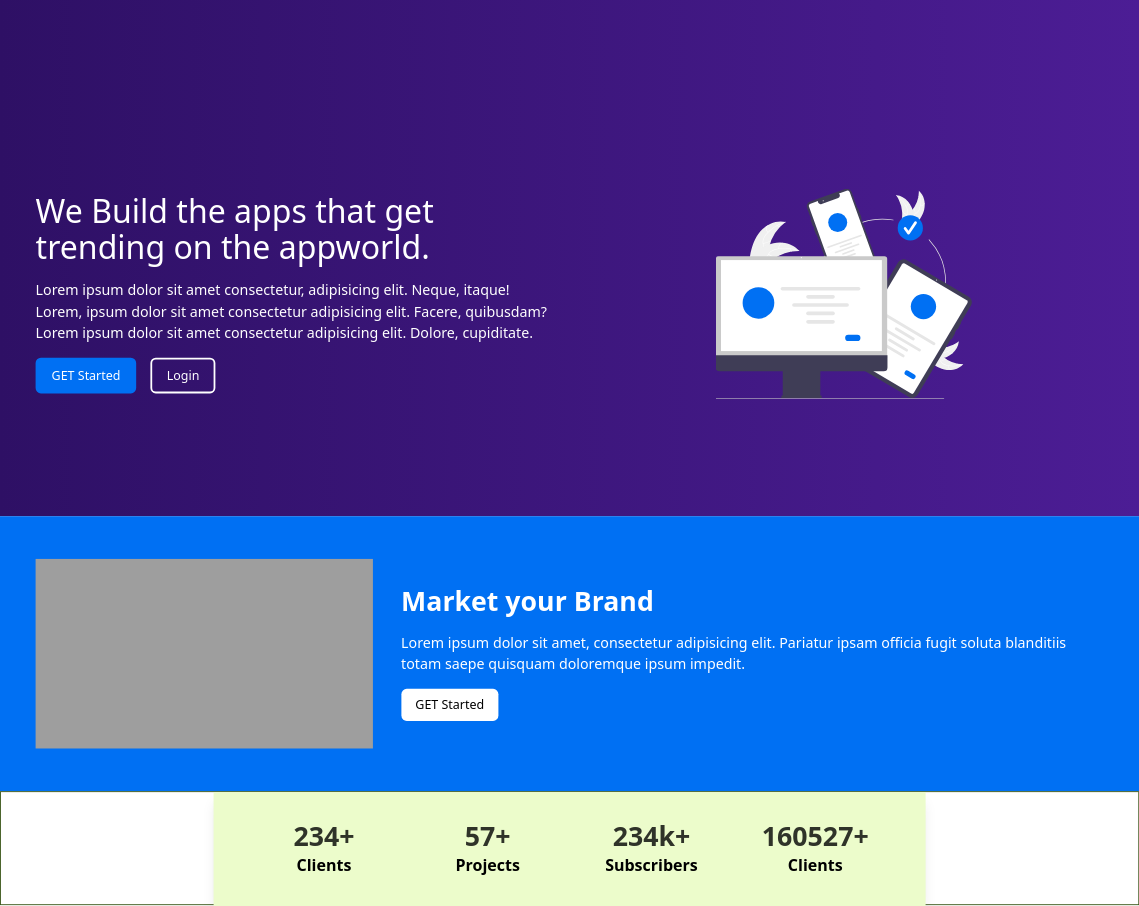
Repository: Kish202/Coz-Marketing-Site
Page: / (app in frontend/)
These files come from the project's save history. The page is drawn as it stood at one moment and after the next save; the edit follows.
The browser window is 1280 px wide. The pictures show the whole page, at 89% of full size.
Pictures or frames that could not be fetched are drawn as grey boxes. The project was rebuilt for these pictures with package versions that can differ from the ones it lists, and the page was loaded fresh each time. Also part of the build but not shown: frontend/vite.config.js.

Above is the page before, as saved 2025-03-09 21:36:59.

### frontend/src/App.jsx
import { useState } from 'react'
import reactLogo from './assets/react.svg'
import viteLogo from '/vite.svg'
import './App.css'
import Service from './components/Service/Service'
import Hero from './components/Hero/Hero'
import BannerDetails from './components/BannerDetails.jsx/BannerDetails'
import Banner from './components/Banner/Banner'
import Banner1 from "./assets/blog1.jpg";
import Banner2 from "./assets/blog3.jpg";



function App() {
  const [count, setCount] = useState(0)

  return (
<>

<Hero/>
<Banner reverse={true} img={Banner1}/>
<Banner img={Banner2}/>
<BannerDetails/>
   <Service/>

   </>
  )
}

export default App

### frontend/src/components/Service/Service.jsx
import React from 'react'
import CountUp from "react-countup"

const Service =() =>{
  return (
    <section className="container h-12 md:h-32 border border-lime-900">
     <div className="grid grid-cols-4 w-full place-self-center   bg-lime-100 p-2 shadow-lg dark:bg-violet-800 dark:text-white/70 md:max-w-[800px]  md:p-8">
    <div className="flex flex-col items-center justify-center " >



<h1 className="text-sm font-bold text-black/80 dark:text-white sm:text-lg md:text-3xl">
      <CountUp end={234} suffix="+" duration={2.75}/>

</h1>

<h1 className="sm:text-md text-xs font-bold md:text-lg">
Clients
</h1>




        </div>

        <div className="flex flex-col items-center justify-center">
  <h1 className="text-sm text-black/80 sm:text-lg md:text-3xl dark:text-white font-bold">
  <CountUp end={57} suffix="+" duratiion={2.75}/>  </h1>

    <h1 className="sm:text-md font-bold text-xs md:text-lg">
        Projects

        </h1>
            </div>

    <div className="flex flex-col items-center justify-center" >



        <h1 className="text-sm text-black/80 dark:text-white  sm:text-lg md:text-3xl font-bold">
<CountUp end={234}  suffix="k+" / >
        </h1>
<h1 className="font-bold  sm:text-md text-xs md:text-lg" >
Subscribers
</h1>


            </div>


<div className="flex flex-col items-center justify-center">
<h1 className="text-sm font-bold text-black/80 dark:text-white sm:text-lg md:text-3xl">
<CountUp start={-875.020}
end={160527.012} duration={2.75} separator="" suffix="+" />
</h1>


<h1 className="text-xs sm:text-md  font-bold md:text-lg ">
Clients
</h1>
</div>
</div>
    </section>
  )
}

export default Service

### frontend/src/components/Hero/Hero.jsx
import React from 'react'
import Banner from "../../assets/thebanner.svg"
function Hero() {
  return (
           <main className="bg-gradient-to-r  from-violet-950 to-violet-900 pt-20 dark:bg-violet-950">

<section className="container flex h-[650px] flex-col  items-center justify-center md:h-[500px] ">
<div className="grid grid-cols-1 items-center gap-8 dark:text-white md:grid-cols-2">



<div className="flex flex-col items-center gap-4 text-center text-white md:items-start md:text-left">

<h1 className="text-4xl">
    We Build the apps that get trending on the appworld.

</h1>

<p className=" *:">

Lorem ipsum dolor sit amet consectetur, adipisicing elit. Neque, itaque!
Lorem, ipsum dolor sit amet consectetur adipisicing elit. Facere, quibusdam?
Lorem ipsum dolor sit amet consectetur adipisicing elit. Dolore, cupiditate.

</p>


<div className="space-x-4">

       <button className="rounded-md border-2 border-primary bg-primary px-4 py-2 text-sm text-white transition-colors duration-300 hover:bg-primary/80">
   GET Started
    </button>

       <button className="rounded-md border-2 border-white px-4 py-2 text-sm text-white transition-colors duration-300" >

Login

    </button>
</div>

</div>

<div className="mx-auto max-w-xs p-4">

    <img src={Banner} alt="No image" className="hover:drop-shadow-md"/>


</div>


</div>
</section>



        </main>


  )
}

export default Hero

### frontend/src/components/BannerDetails.jsx/BannerDetails.jsx
import React from 'react'



function BannerDetails() {
  return (
    <main className="bg-primary">

        <section className="container py-8 md:py-12">


            <div className="grid grid-cols-1 items-center gap-4 sm:text-ellipsis md:grid-cols-3 md:gap-8">
<div className="order-2 flex flex-col items-center gap-4 text-center text-white md:col-span-2 md:items-start md:text-left">
<h1 className="text-3xl font-bold">
    Market your Brand

</h1>
<p className="">
Lorem ipsum dolor sit amet, consectetur adipisicing elit. Pariatur
 ipsam officia fugit soluta blanditiis totam saepe quisquam doloremque
 ipsum impedit.
</p>
<button className="rounded-md bg-white px-4 py-2 text-sm text-black transition-colors duration-300 hover:bg-white/60 ">
GET Started
</button>
</div>
<div  className="order-1">
<iframe
className="aspect-video w-full"
src="https://www.youtube.com/watch?v=esaioTgia4Q&list=PPSV"
title="Youtube Video Player" frameborder="0" allow="accelerometer; autoplay; clipboard-write; encrypted-media; gyroscope; picture-in-picture; web-share allowfullscreen"></iframe>


</div>

            </div>



        </section>

    </main>
  )
}

export default BannerDetails

### frontend/src/components/Banner/Banner.jsx
import React from 'react'
import Bannerimg from "../../assets/blog2.jpg";


function Banner({reverse, img}) {
  return (
    <section>
     <main   className="bg-slate-100 dark:bg-slate-900 dark:text-white">
     <section className="container flex flex-col items-center justify-center py">


        </section>
        </main>
    </section>
  )
}

export default Banner

### frontend/tailwind.config.js
/** @type {import('tailwindcss').Config} */
export default {
  content: ["./index.html", "./src/**/*.{js,ts,jsx,tsx}"],
  darkMode: "class",
  theme: {
    extend: {
      screens: {
        xs: "480px",
      },
      colors: {
        primary: "#0070f3",
      },
    },

    container: {
      center: true,
      padding: {
        DEFAULT: "20px",
        md: "40px",
      },
    },
  },
  plugins: [],
};

Loaded but not shown: frontend/index.html (common file); frontend/src/main.jsx (common file); frontend/src/index.css (common file); frontend/src/App.css (common file)

After the next save:
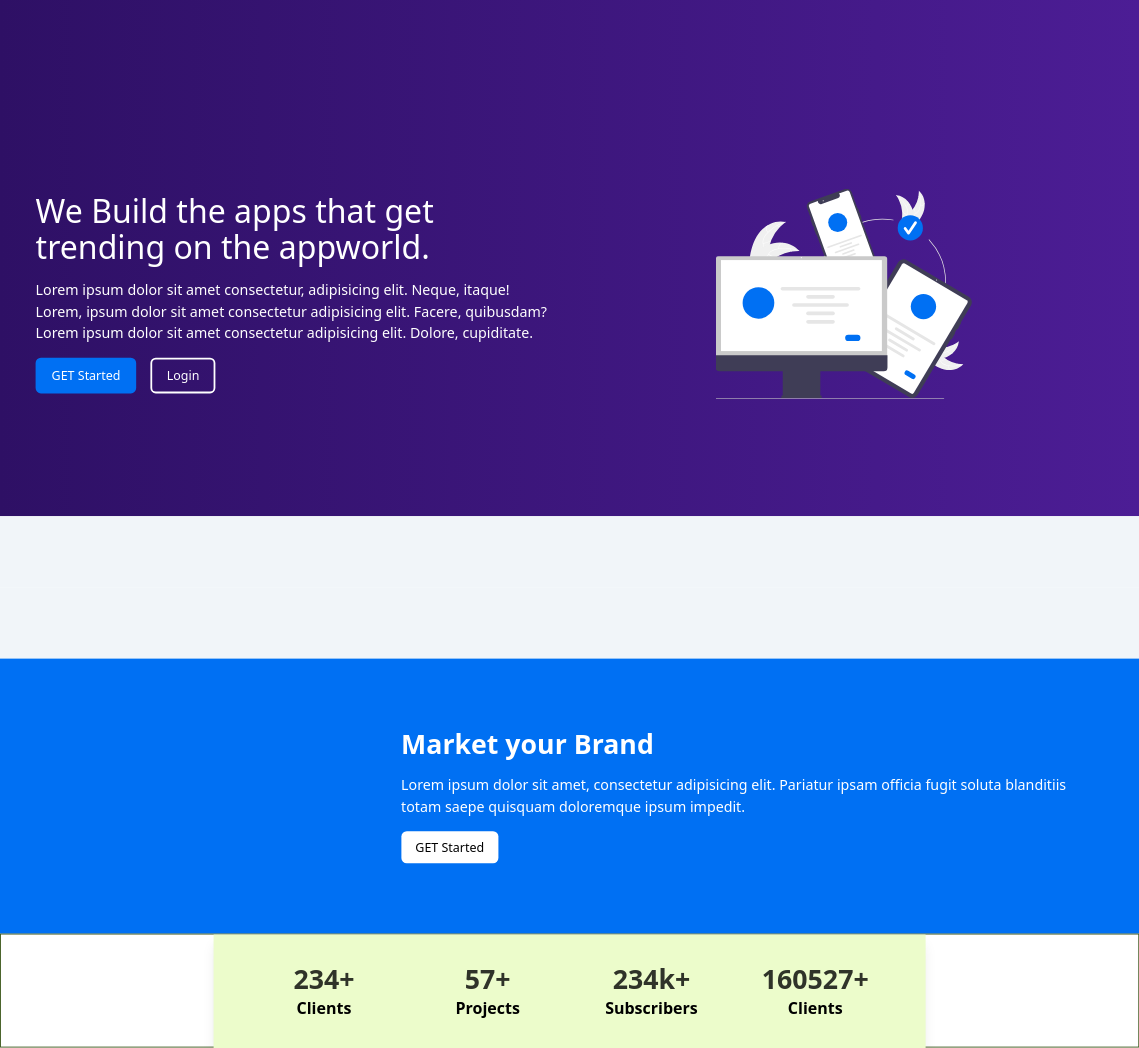
Saved 5 s later.
--- a/frontend/src/components/Banner/Banner.jsx
+++ b/frontend/src/components/Banner/Banner.jsx
@@ -6,7 +6,7 @@ function Banner({reverse, img}) {
   return (
     <section>
      <main   className="bg-slate-100 dark:bg-slate-900 dark:text-white">
-     <section className="container flex flex-col items-center justify-center py">
+     <section className="container flex flex-col items-center justify-center py-10 ">
 
 
         </section>
